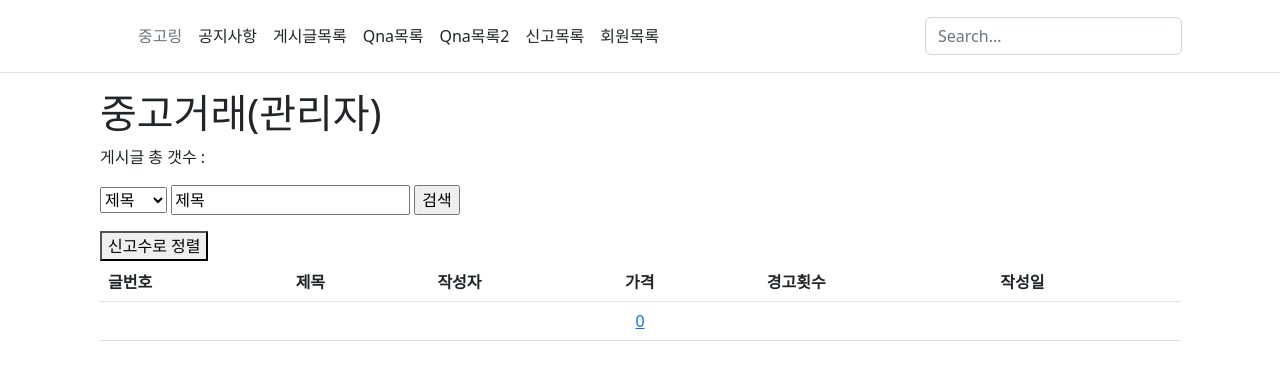
Repository: mango7431/children
Page: http://localhost/finalAdmin/WEB-INF/views/board/selectAll.jsp
An editor plug-in stored every save of this project. The page is shown before and after the next save, followed by the edit.
The browser window is 1280 px wide. The pictures show the whole page.
The page is served by Tomcat 9. Nobody is signed in. The template is opened directly, without the code that normally fills it, so the values that code supplies are empty.

Above is the page before, as saved 2023-07-05 01:33:38.

### finalAdmin/src/main/webapp/WEB-INF/views/board/selectAll.jsp
<%@ taglib uri="http://java.sun.com/jsp/jstl/core" prefix="c"%>
<%@ page language="java" contentType="text/html; charset=UTF-8"
	pageEncoding="UTF-8"%>
<html>
<head>
<meta charset="utf-8">
<meta name="viewport" content="width=device-width, initial-scale=1">
<title>중고거래(관리자)</title>
<link href="https://cdn.jsdelivr.net/npm/bootstrap@5.2.3/dist/css/bootstrap.min.css" rel="stylesheet" integrity="sha384-rbsA2VBKQhggwzxH7pPCaAqO46MgnOM80zW1RWuH61DGLwZJEdK2Kadq2F9CUG65" crossorigin="anonymous">
  	<script src="https://cdn.jsdelivr.net/npm/@popperjs/core@2.11.6/dist/umd/popper.min.js" integrity="sha384-oBqDVmMz9ATKxIep9tiCxS/Z9fNfEXiDAYTujMAeBAsjFuCZSmKbSSUnQlmh/jp3" crossorigin="anonymous"></script>
	<script src="https://cdn.jsdelivr.net/npm/bootstrap@5.2.3/dist/js/bootstrap.min.js" integrity="sha384-cuYeSxntonz0PPNlHhBs68uyIAVpIIOZZ5JqeqvYYIcEL727kskC66kF92t6Xl2V" crossorigin="anonymous"></script>
	<script src="https://ajax.googleapis.com/ajax/libs/jquery/3.6.4/jquery.min.js"></script>
</head>
<script type="text/javascript">

function sortReport(){
	$.ajax({

	});
}

</script>
<body>
	<jsp:include page="../top_menu.jsp"></jsp:include>
	<section style="padding-left: 100px; padding-right: 100px;">
		<h1>중고거래(관리자)</h1>
		<p>게시글 총 갯수 : <label id="totalCount">${page.totalCount}</label></p>

		<form action="boardSearchList.do">
			<select name="searchKey" id="searchKey">
			<option value="board_title">제목</option>
			<option value="writer">작성자</option>
			</select>
			<input type="text" name="searchWord" value="제목" id="searchWord"/>
			<input type="hidden" name="page" value="1" id="page"/>
			<input type="submit" value="검색">
		</form>

		<button onclick="sortReport()">신고수로 정렬</button>

		<table class="table">
			<thead>
				<tr>
					<th scope="col">글번호</th>
					<th scope="col">제목</th>
					<th scope="col">작성자</th>
					<th scope="col">가격</th>
					<th scope="col">경고횟수</th>
					<th scope="col">작성일</th>
				</tr>
			</thead>
			<tbody class="table-group-divider" id="vos">
				<c:forEach var="vo" items="${vos }">
					<tr onClick="location.href='boardSelectOne.do?board_num=${vo.board_num}'" onmouseover="this.style.background='silver'" onmouseout="this.style.background='white'">
						<td>${vo.board_num }</td>
						<td>${vo.board_title }</td>
						<td>${vo.writer }</td>
						<td>${vo.price }</td>
						<td>${vo.board_report }</td>
						<td>${vo.board_date }</td>
					</tr>
				</c:forEach>
			</tbody>
			<tfoot id="pages">
				<tr>
					<c:if test="${empty param.searchKey}">
						<td colspan="6" align="center">
							<c:if test="${page.startPage > 1}">
								<a href="boardSelectAll.do?page=${page.startPage - 1}">&lt;</a>
							</c:if>
								<c:forEach begin="${page.startPage}" end="${page.endPage}" var="num">
									<a href="boardSelectAll.do?page=${num}">${num}</a>
								</c:forEach>
							<c:if test="${page.endPage < page.totalPage}">
								<a href="boardSelectAll.do?page=${page.endPage + 1}">&gt;</a>
							</c:if>
						</td>
					</c:if>
					<c:if test="${not empty param.searchKey}">
						<td colspan="6" align="center">
							<c:if test="${page.startPage > 1}">
								<a href="boardSearchList.do?searchKey=${param.searchKey}&searchWord=${param.searchWord}&page=${page.startPage - 1}">&lt;</a>
							</c:if>
								<c:forEach begin="${page.startPage}" end="${page.endPage}" var="num">
									<a href="boardSearchList.do?searchKey=${param.searchKey}&searchWord=${param.searchWord}&page=${num}">${num}</a>
								</c:forEach>
							<c:if test="${page.endPage < page.totalPage}">
								<a href="boardSearchList.do?searchKey=${param.searchKey}&searchWord=${param.searchWord}&page=${page.endPage + 1}">&gt;</a>
							</c:if>
						</td>
					</c:if>
				</tr>
			</tfoot>
		</table>
	</section>
</body>
</html>

### finalAdmin/src/main/webapp/WEB-INF/views/top_menu.jsp
<%@ page language="java" contentType="text/html; charset=UTF-8"
    pageEncoding="UTF-8"%>

	<header class="p-3 mb-3 border-bottom">
	    <div class="container">
	      <div class="d-flex flex-wrap align-items-center justify-content-center justify-content-lg-start">
	        <a href="/" class="d-flex align-items-center mb-2 mb-lg-0 text-dark text-decoration-none">
	          <svg class="bi me-2" width="40" height="32" role="img" aria-label="Bootstrap"><use xlink:href="#bootstrap"/></svg>
	        </a>

	        <ul class="nav col-12 col-lg-auto me-lg-auto mb-2 justify-content-center mb-md-0">
	          <li><a href="home.do" class="nav-link px-2 link-secondary">중고링</a></li>
	          <li><a href="#" class="nav-link px-2 link-dark">공지사항</a></li>
	          <li><a href="#" class="nav-link px-2 link-dark">게시글목록</a></li>
	          <li><a href="qnaSelectAll.do" class="nav-link px-2 link-dark">Qna목록</a></li>
	          <li><a href="qnaSelectAll2.do" class="nav-link px-2 link-dark">Qna목록2</a></li>
	          <li><a href="#" class="nav-link px-2 link-dark">신고목록</a></li>
	          <li><a href="#" class="nav-link px-2 link-dark">회원목록</a></li>
	        </ul>

	        <form class="col-12 col-lg-auto mb-3 mb-lg-0 me-lg-3" role="search">
	          <input type="search" class="form-control" placeholder="Search..." aria-label="Search">
	        </form>
	      </div>
	    </div>
  </header>

After the next save:
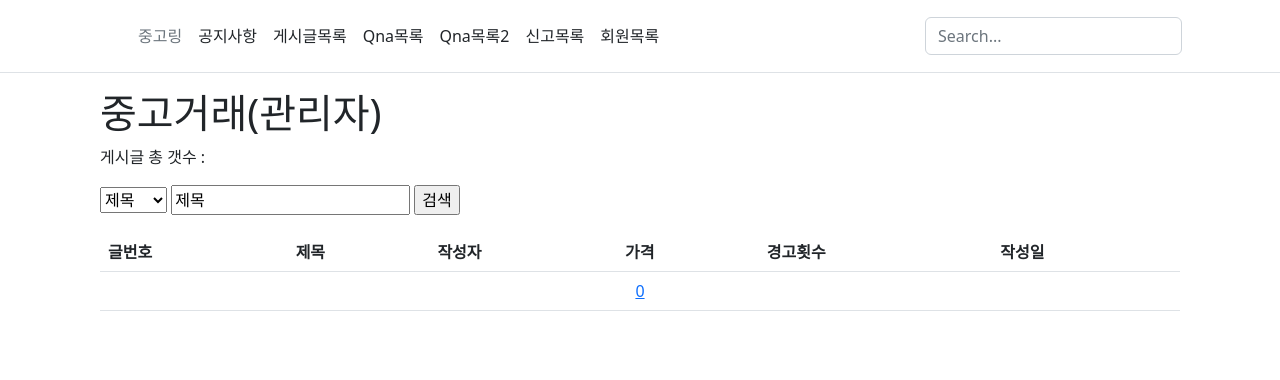
Saved 118 s later.
--- a/finalAdmin/src/main/webapp/WEB-INF/views/board/selectAll.jsp
+++ b/finalAdmin/src/main/webapp/WEB-INF/views/board/selectAll.jsp
@@ -12,12 +12,6 @@
 	<script src="https://ajax.googleapis.com/ajax/libs/jquery/3.6.4/jquery.min.js"></script>
 </head>
 <script type="text/javascript">
-
-function sortReport(){
-	$.ajax({
-
-	});
-}
 
 </script>
 <body>
@@ -35,8 +29,6 @@ function sortReport(){
 			<input type="hidden" name="page" value="1" id="page"/>
 			<input type="submit" value="검색">
 		</form>
-
-		<button onclick="sortReport()">신고수로 정렬</button>
 
 		<table class="table">
 			<thead>
